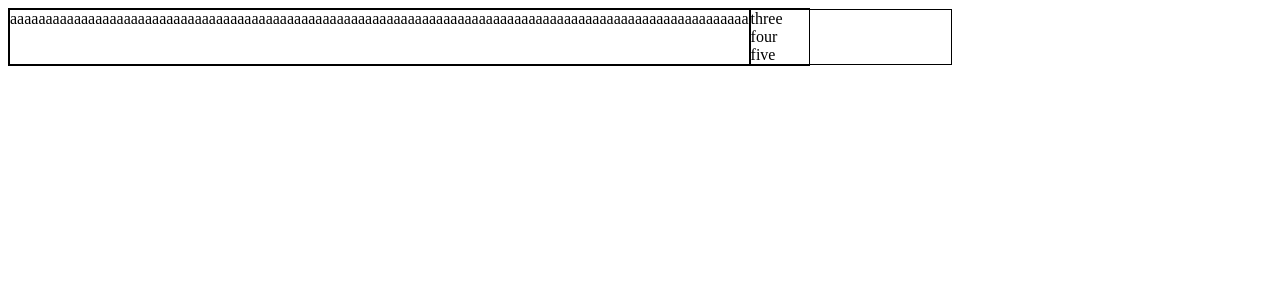
Repository: kpavankumaar/online_uk_class
Page: flex.html
An editor plug-in stored every save of this project. The page is shown before and after the next save, followed by the edit.
The browser window is 1280 px wide. The pictures show the whole page.

Above is the page before, as saved 2022-01-12 14:25:22.

After the next save:
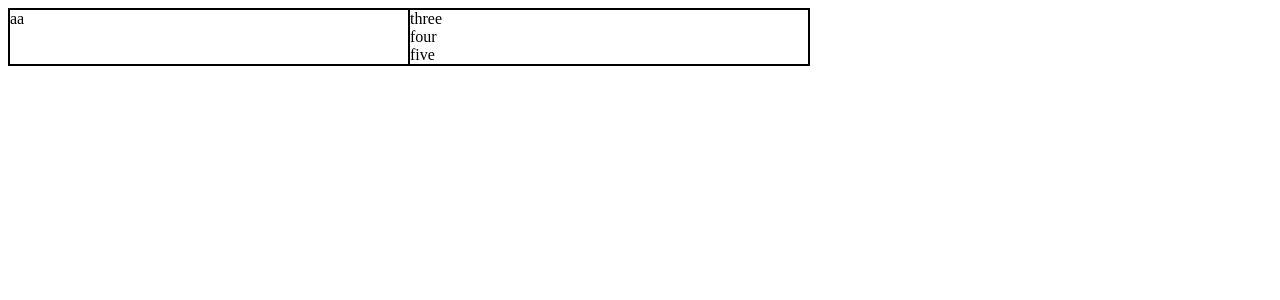
Saved 2 min 27 s later.
--- a/flex.html
+++ b/flex.html
@@ -33,7 +33,7 @@
 <body>
     <div class="main">
         <div class="box box1">
-            aaaaaaaaaaaaaaaaaaaaaaaaaaaaaaaaaaaaaaaaaaaaaaaaaaaaaaaaaaaaaaaaaaaaaaaaaaaaaaaaaaaaaaaaaaaaaaaaaaaaaaaa
+            aa
         </div>
         <!-- <div class="box box2">two</div> -->
         <div class="box box3">three <br> four <br>five</div>
